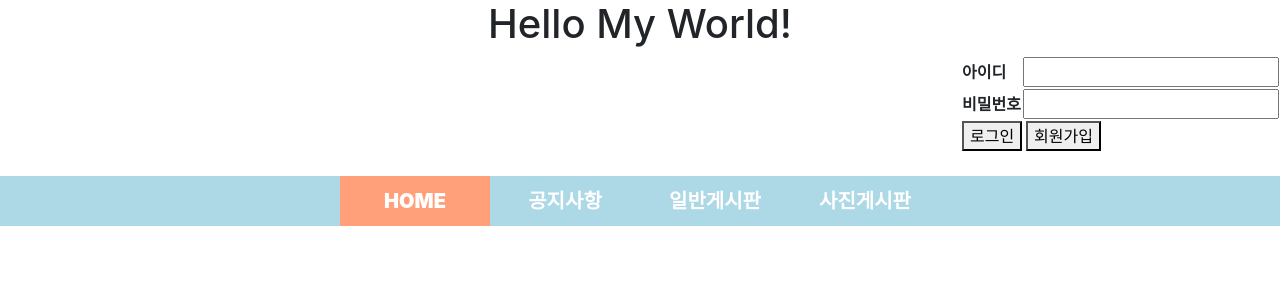
Repository: Developer-Choi-Jae-Young/FrameworkPractice
Page: http://localhost/mybatisProject/
An editor plug-in stored every save of this project. The page is shown before and after the next save, followed by the edit.
The browser window is 1280 px wide. The pictures show the whole page.
The pointer rests on the first visible `.menu a`.
The page is served by Tomcat 9.

Above is the page before, as saved 2024-09-04 02:21:33.

After the next save:
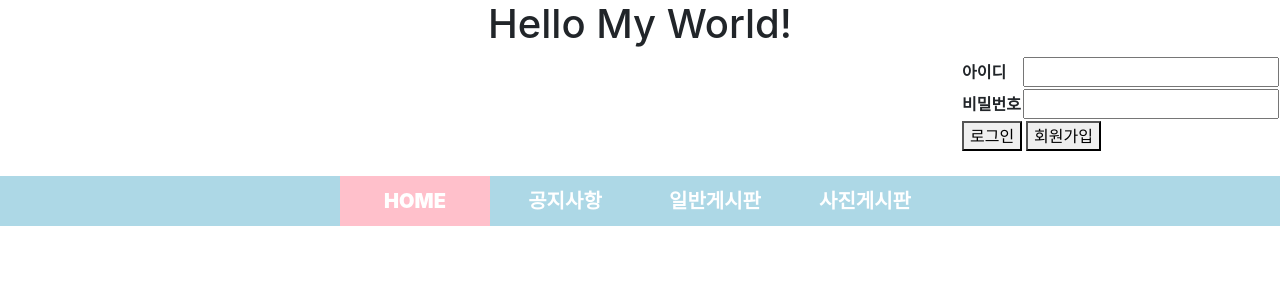
Saved 12 s later.
--- a/mybatis/mybatisProject/webapp/WEB-INF/views/common/menubar.jsp
+++ b/mybatis/mybatisProject/webapp/WEB-INF/views/common/menubar.jsp
@@ -52,7 +52,7 @@
 	}
 
 	.menu a:hover {
-		background-color: lightsalmon;
+		background-color: pink;
 	}
 </style>
 </head>
